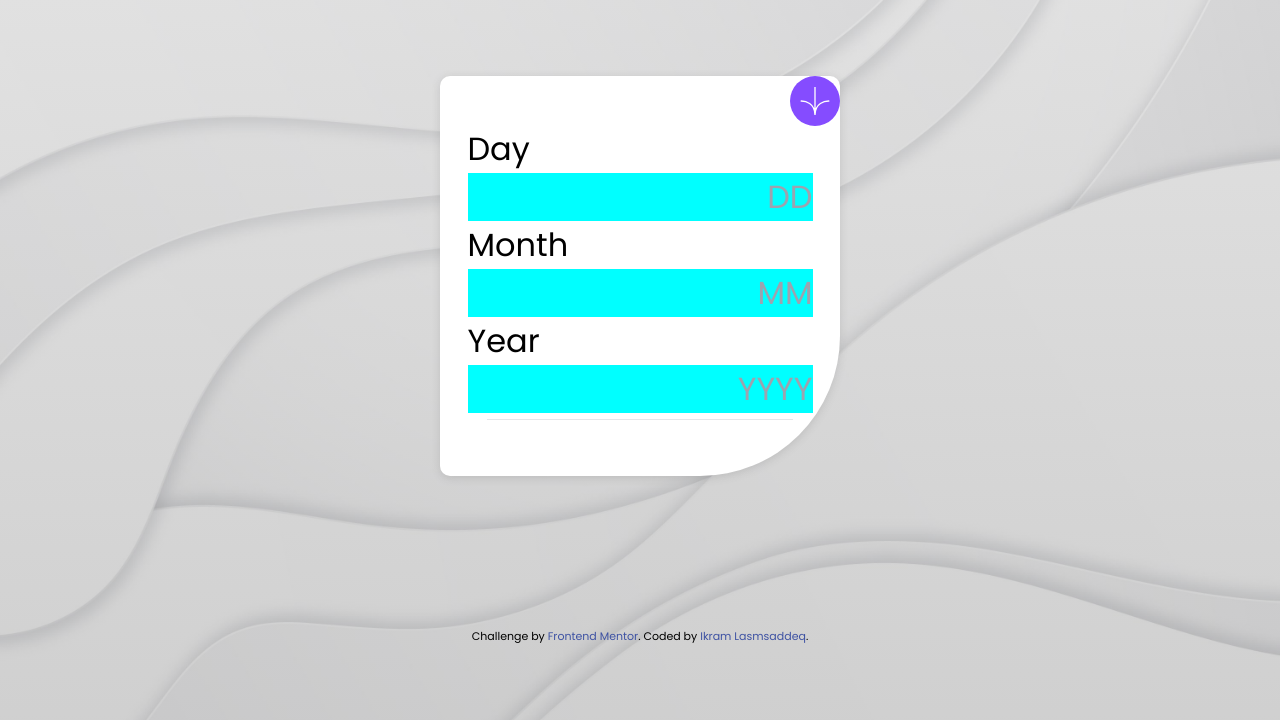
Repository: ikram-lisa/age-display
Page: /
An editor plug-in stored every save of this project. The page is shown before and after the next save, followed by the edit.
The browser window is 1280 px wide. The pictures show the whole page.
Some web libraries are served in a nearby version. The project was rebuilt for these pictures with package versions that can differ from the ones it lists, and the page was loaded fresh each time.

Above is the page before, as saved 2024-04-30 23:34:14.

After the next save:
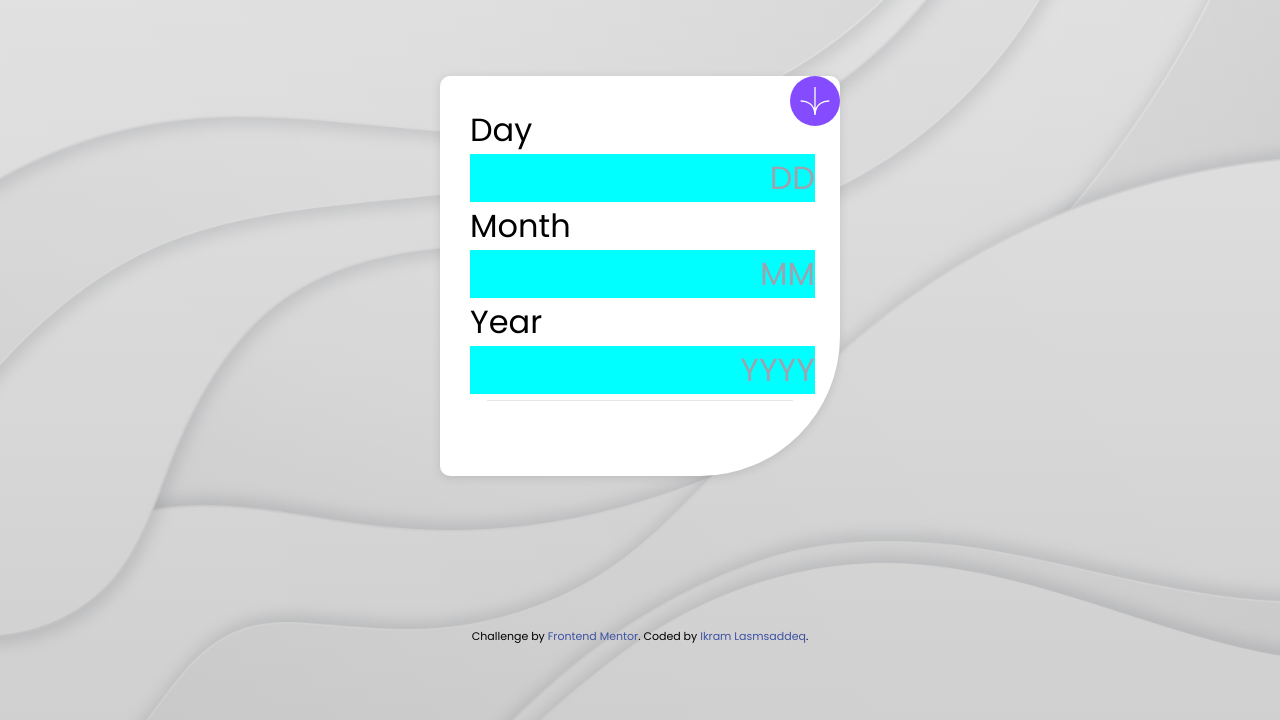
Saved 24 s later.
--- a/css/style.scss
+++ b/css/style.scss
@@ -35,8 +35,6 @@ body {
   position: relative;
   display: flex;
   flex-direction: column;
-  align-items: center;
-  justify-content: center;
   padding: 30px;
   .form {
     display: flex;
